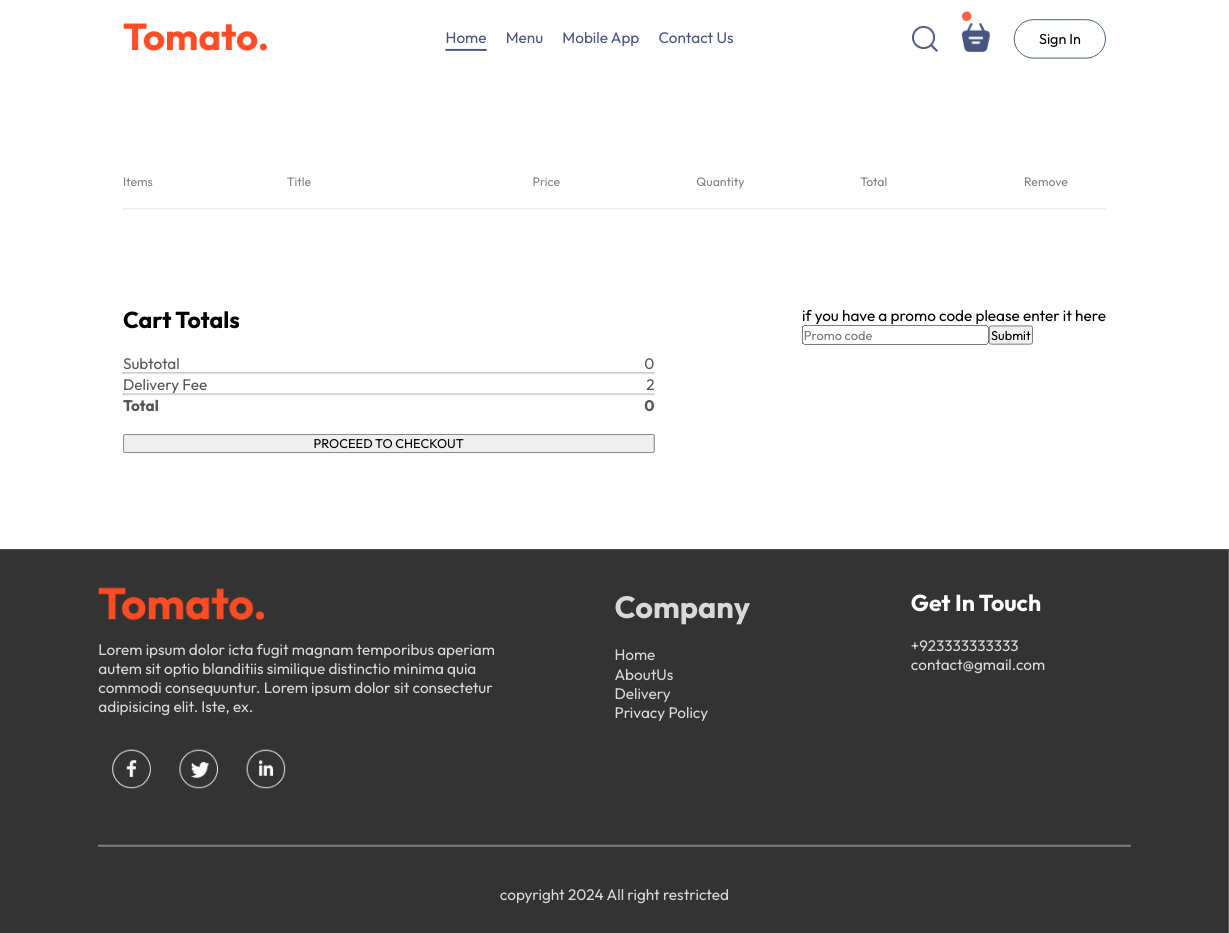
Repository: Attar786/Food-ordering-app
Page: /cart (app in frontend/)
The author's editor kept a copy of each file at every save. The page is drawn from the files as they stood at one save, then again after the next save.
The browser window is 1280 px wide. The pictures show the whole page, at 96% of full size.
The project was rebuilt for these pictures with package versions that can differ from the ones it lists, and the page was loaded fresh each time. Also part of the build but not shown: frontend/vite.config.js, frontend/src/components/Header/Header.css, frontend/src/components/Header/Header.jsx, frontend/src/components/ExploreMenu/ExploreMenu.css, frontend/src/components/ExploreMenu/ExploreMenu.jsx, frontend/src/components/FoodDisplay/FoodDisplay.css, frontend/src/components/FoodItem/FoodItem.css, frontend/src/components/FoodItem/FoodItem.jsx and 8 more.

Above is the page before, as saved 2024-07-30 15:57:15.

### frontend/src/main.jsx
import ReactDOM from 'react-dom/client'
import App from './App.jsx'
import './index.css'
import {BrowserRouter} from 'react-router-dom'
import StoreContextProvider from './context/StoreContext.jsx'
ReactDOM.createRoot(document.getElementById('root')).render(
<BrowserRouter>

<StoreContextProvider>
<App />
</StoreContextProvider>

    </BrowserRouter>
)

### frontend/src/App.jsx
import './index.css'
import Navbar from "./components/Navbar/Navbar"
import Home from './pages/Home/Home'
import Cart from './pages/Cart/Cart'
import PlaceOrder from './pages/PlaceOrder/PlaceOrder'
import { Route, Routes } from 'react-router-dom'
import Footer from './components/Footer/Footer'

import LoginPopup from './components/LoginPopup/LoginPopup'
import { useState } from 'react'
function App() {
  const [showLogin, setShowLogin] = useState(false);

  return (
    <>
  {showLogin?<LoginPopup setShowLogin={setShowLogin}/>:<></>}
  <div className='app'>
  <Navbar setShowLogin = {setShowLogin} />
<Routes>
<Route path='/' element={<Home/>}/>
<Route path='/cart' element={<Cart/>}/>
<Route path='/order' element={<PlaceOrder/>}/>
</Routes>
  </div>
  <Footer/>
    </>
  )
}

export default App

### frontend/src/index.css
@import url('https://fonts.googleapis.com/css2?family=Outfit:wght@100..900&display=swap');


*{
margin: 0;
padding: 0;
 box-sizing: border-box;
 font-family: outfit;
 scroll-behavior: smooth;
}
body{
height: 100vh;
}
a{
text-decoration: none;
color : inherit;
}
.app{
    width: 80%;
    margin: auto;
}
@keyframes fadeIn{
    0%{
        opacity: 0;
    }
    100%{
        opacity: 1;
    }
}

### frontend/src/context/StoreContext.jsx
import './StoreContext.css';
import { createContext, useEffect, useState } from 'react';
import { food_list } from '../assets/assets'; // Ensure this path is correct and food_list is correctly exported

export const StoreContext = createContext(null);

const StoreContextProvider = (props) => {
  const [cartItems, setCartItems] = useState({});

  const addToCart = (itemId) => {
    if (!cartItems[itemId]) {
      setCartItems((prev) => ({ ...prev, [itemId]: 1 }));
    } else {
      setCartItems((prev) => ({ ...prev, [itemId]: prev[itemId] + 1 }));
    }
  };

  const removeFromCart = (itemId) => {
    setCartItems((prev) => {
      const newCount = prev[itemId] - 1;
      if (newCount <= 0) {
        const { [itemId]: _, ...rest } = prev;
        return rest;
      } else {
        return { ...prev, [itemId]: newCount };
      }
    });
  };

  useEffect(() => {
    console.log(cartItems);
  }, [cartItems]);

  const contextValue = {
    food_list,
    cartItems,
    setCartItems,
    addToCart,
    removeFromCart,
  };

  return (
    <StoreContext.Provider value={contextValue}>
      {props.children}
    </StoreContext.Provider>
  );
};

export default StoreContextProvider;

### frontend/src/components/Navbar/Navbar.jsx
import { useState } from 'react';
import './Navbar.css';
import { assets } from '../../assets/assets';
import { Link } from 'react-router-dom'
const Navbar = ({setShowLogin}) => {
  const [menu, setMenu] = useState("home");

  const handleMenuClick = (menuItem) => {
    setMenu(menuItem);
  };

  return (
<>
<div className="navbar">
    <Link to='/'> <img src={assets.logo} alt="Logo" className="logo" /></Link>
      <ul className="navbar-menu">
        <Link to='/' onClick={() => handleMenuClick("home")} className={menu === "home" ? "active" : ""}>Home</Link>
        <a href='#explore-menu' onClick={() => handleMenuClick("menu")} className={menu === "menu" ? "active" : ""}>Menu</a>
        <a href='#app-download' onClick={() => handleMenuClick("mobile-app")} className={menu === "mobile-app" ? "active" : ""}>Mobile App</a>
        <a href='#footer' onClick={() => handleMenuClick("contact-us")} className={menu === "contact-us" ? "active" : ""}>Contact Us</a>
      </ul>
      <div className="navbar-right">
        <img src={assets.search_icon} alt="search-icon" />
        <div>
         <Link to='/cart'> <img src={assets.basket_icon} alt="icons" /></Link>
          <div className="dot"></div>
        </div>
        <button onClick={()=>setShowLogin(true)} >Sign In</button>

      </div>

    </div>

</>
  );
}


export default Navbar;

### frontend/src/pages/Cart/Cart.jsx
import { useContext } from "react";
import "./Cart.css";
import { StoreContext } from "../../context/StoreContext";
const Cart = () => {
  const { cartItems, food_list, removeFromCart } = useContext(StoreContext);
  return (
    <>
      <div className="Cart">
        <div className="cart-items">
          <div className=" cart-items-title">
            <p>Items</p>
            <p>Title</p>
            <p>Price</p>
            <p>Quantity</p>
            <p>Total</p>
            <p>Remove</p>
          </div>
          <br />
          <hr />
          {food_list.map((item, index) => {
            if (cartItems[item._id]) {
              return (
                <>
                  <div key={index} className="cart-items-title cart-item-item">
                    <img src={item.image} alt="" />
                    <p>{item.name}</p>
                    <p>Pkr={item.price}</p>
                    <p>{cartItems[item._id]}</p>
                    <p>{item.price * cartItems[item._id]}</p>
                    <p
                      onClick={() => removeFromCart(item._id)}
                      className="cross"
                    >
                      X
                    </p>
                  </div>
                  <hr />
                </>
              );
            }
          })}
        </div>
      </div>
      <div className="cart-bottom">
          <div className="cart-total">
            <h2>Cart Totals</h2>

          <div>
            <div className="cart-total-details">
              <p>Subtotal</p>
              <p>{0}</p>
            </div>
            <hr />
            <div className="cart-total-details">
              <p>Delivery Fee</p>
              <p>{2}</p>
            </div>
            <hr />
            <div className="cart-total-details">
              <b>Total</b>
              <b>{0}</b>
            </div>
          </div>
          <button>PROCEED TO CHECKOUT</button>
          </div>

          <div className="cart-promocode">
            <div>
              <p>if you have a promo code please enter it here</p>
              <div className="cart-promocode-input">
                <input type="text" placeholder="Promo code" />
                <button>Submit</button>
              </div>
            </div>
          </div>
        </div>
    </>
  );
};

export default Cart;

### frontend/src/components/Footer/Footer.jsx
import "./Footer.css"
import { assets } from "../../assets/assets"
const Footer = () => {
  return (
    <div className="footer" id="footer">
<div className="footer-content">
    <div className="footer-content-left">
        <img src={assets.logo} alt="fsf" />
    <p>  Lorem ipsum dolor icta fugit magnam temporibus aperiam autem sit optio blanditiis similique distinctio minima quia commodi consequuntur. Lorem ipsum dolor sit consectetur adipisicing elit. Iste, ex.</p>
    <div className="footer-social-icons">
        <img src={assets.facebook_icon} alt="" />
        <img src={assets.twitter_icon} alt="" />
        <img src={assets.linkedin_icon} alt="" />
    </div>

    </div>
    <div className="footer-content-center">
    <h1>Company</h1>
        <ul>
        <li>Home</li>
        <li>AboutUs</li>
        <li>Delivery</li>
        <li>Privacy Policy</li>
        </ul>
    </div>
    <div className="footer-content-right">
        <h2>Get In Touch</h2>
        <ul>
            <li>
                +923333333333
            </li>
            <li>
                contact@gmail.com
            </li>
        </ul>
    </div>
</div>
<hr/>
<p className="footer-copyright">
copyright 2024 All right restricted
</p>

    </div>
  )
}

export default Footer

### frontend/src/assets/assets.js
import basket_icon from './basket_icon.png'
import logo from './logo.png'
import header_img from './header_img.png'
import search_icon from './search_icon.png'
import menu_1 from './menu_1.png'
import menu_2 from './menu_2.png'
import menu_3 from './menu_3.png'
import menu_4 from './menu_4.png'
import menu_5 from './menu_5.png'
import menu_6 from './menu_6.png'
import menu_7 from './menu_7.png'
import menu_8 from './menu_8.png'

import food_1 from './food_1.png'
import food_2 from './food_2.png'
import food_3 from './food_3.png'
import food_4 from './food_4.png'
import food_5 from './food_5.png'
import food_6 from './food_6.png'
import food_7 from './food_7.png'
import food_8 from './food_8.png'
import food_9 from './food_9.png'
import food_10 from './food_10.png'
import food_11 from './food_11.png'
import food_12 from './food_12.png'
import food_13 from './food_13.png'
import food_14 from './food_14.png'
import food_15 from './food_15.png'
import food_16 from './food_16.png'
import food_17 from './food_17.png'
import food_18 from './food_18.png'
import food_19 from './food_19.png'
import food_20 from './food_20.png'
import food_21 from './food_21.png'
import food_22 from './food_22.png'
import food_23 from './food_23.png'
import food_24 from './food_24.png'
import food_25 from './food_25.png'
import food_26 from './food_26.png'
import food_27 from './food_27.png'
import food_28 from './food_28.png'
import food_29 from './food_29.png'
import food_30 from './food_30.png'
import food_31 from './food_31.png'
import food_32 from './food_32.png'

import add_icon_white from './add_icon_white.png'
import add_icon_green from './add_icon_green.png'
import remove_icon_red from './remove_icon_red.png'
import app_store from './app_store.png'
import play_store from './play_store.png'
import linkedin_icon from './linkedin_icon.png'
import facebook_icon from './facebook_icon.png'
import twitter_icon from './twitter_icon.png'
import cross_icon from './cross_icon.png'
import selector_icon from './selector_icon.png'
import rating_starts from './rating_starts.png'
import profile_icon from './profile_icon.png'
import bag_icon from './bag_icon.png'
import logout_icon from './logout_icon.png'
import parcel_icon from './parcel_icon.png'

export const assets = {
    logo,
    basket_icon,
    header_img,
    search_icon,
    rating_starts,
    add_icon_green,
    add_icon_white,
    remove_icon_red,
    app_store,
    play_store,
    linkedin_icon,
    facebook_icon,
    twitter_icon,
    cross_icon,
    selector_icon,
    profile_icon,
    logout_icon,
    bag_icon,
    parcel_icon
}

export const menu_list = [
    {
        menu_name: "Salad",
        menu_image: menu_1
    },
    {
        menu_name: "Rolls",
        menu_image: menu_2
    },
    {
        menu_name: "Deserts",
        menu_image: menu_3
    },
    {
        menu_name: "Sandwich",
        menu_image: menu_4
    },
    {
        menu_name: "Cake",
        menu_image: menu_5
    },
    {
        menu_name: "Pure Veg",
        menu_image: menu_6
    },
    {
        menu_name: "Pasta",
        menu_image: menu_7
    },
    {
        menu_name: "Noodles",
        menu_image: menu_8
    }]

export const food_list = [
    {
        _id: "1",
        name: "Greek salad",
        image: food_1,
        price: 12,
        description: "Food provides essential nutrients for overall health and well-being",
        category: "Salad"
    },
    {
        _id: "2",
        name: "Veg salad",
        image: food_2,
        price: 18,
        description: "Food provides essential nutrients for overall health and well-being",
        category: "Salad"
    }, {
        _id: "3",
        name: "Clover Salad",
        image: food_3,
        price: 16,
        description: "Food provides essential nutrients for overall health and well-being",
        category: "Salad"
    }, {
        _id: "4",
        name: "Chicken Salad",
        image: food_4,
        price: 24,
        description: "Food provides essential nutrients for overall health and well-being",
        category: "Salad"
    }, {
        _id: "5",
        name: "Lasagna Rolls",
        image: food_5,
        price: 14,
        description: "Food provides essential nutrients for overall health and well-being",
        category: "Rolls"
    }, {
        _id: "6",
        name: "Peri Peri Rolls",
        image: food_6,
        price: 12,
        description: "Food provides essential nutrients for overall health and well-being",
        category: "Rolls"
    }, {
        _id: "7",
        name: "Chicken Rolls",
        image: food_7,
        price: 20,
        description: "Food provides essential nutrients for overall health and well-being",
        category: "Rolls"
    }, {
        _id: "8",
        name: "Veg Rolls",
        image: food_8,
        price: 15,
        description: "Food provides essential nutrients for overall health and well-being",
        category: "Rolls"
    }, {
        _id: "9",
        name: "Ripple Ice Cream",
        image: food_9,
        price: 14,
        description: "Food provides essential nutrients for overall health and well-being",
        category: "Deserts"
    }, {
        _id: "10",
        name: "Fruit Ice Cream",
        image: food_10,
        price: 22,
        description: "Food provides essential nutrients for overall health and well-being",
        category: "Deserts"
    }, {
        _id: "11",
        name: "Jar Ice Cream",
        image: food_11,
        price: 10,
        description: "Food provides essential nutrients for overall health and well-being",
        category: "Deserts"
    }, {
        _id: "12",
        name: "Vanilla Ice Cream",
        image: food_12,
        price: 12,
        description: "Food provides essential nutrients for overall health and well-being",
        category: "Deserts"
    },
    {
        _id: "13",
        name: "Chicken Sandwich",
        image: food_13,
        price: 12,
        description: "Food provides essential nutrients for overall health and well-being",
        category: "Sandwich"
    },
    {
        _id: "14",
        name: "Vegan Sandwich",
        image: food_14,
        price: 18,
        description: "Food provides essential nutrients for overall health and well-being",
        category: "Sandwich"
    }, {
        _id: "15",
        name: "Grilled Sandwich",
        image: food_15,
        price: 16,
        description: "Food provides essential nutrients for overall health and well-being",
        category: "Sandwich"
    }, {
        _id: "16",
        name: "Bread Sandwich",
        image: food_16,
        price: 24,
        description: "Food provides essential nutrients for overall health and well-being",
        category: "Sandwich"
    }, {
        _id: "17",
        name: "Cup Cake",
        image: food_17,
        price: 14,
        description: "Food provides essential nutrients for overall health and well-being",
        category: "Cake"
    }, {
        _id: "18",
        name: "Vegan Cake",
        image: food_18,
        price: 12,
        description: "Food provides essential nutrients for overall health and well-being",
        category: "Cake"
    }, {
        _id: "19",
        name: "Butterscotch Cake",
        image: food_19,
        price: 20,
        description: "Food provides essential nutrients for overall health and well-being",
        category: "Cake"
    }, {
        _id: "20",
        name: "Sliced Cake",
        image: food_20,
        price: 15,
        description: "Food provides essential nutrients for overall health and well-being",
        category: "Cake"
    }, {
        _id: "21",
        name: "Garlic Mushroom ",
        image: food_21,
        price: 14,
        description: "Food provides essential nutrients for overall health and well-being",
        category: "Pure Veg"
    }, {
        _id: "22",
        name: "Fried Cauliflower",
        image: food_22,
        price: 22,
        description: "Food provides essential nutrients for overall health and well-being",
        category: "Pure Veg"
    }, {
        _id: "23",
        name: "Mix Veg Pulao",
        image: food_23,
        price: 10,
        description: "Food provides essential nutrients for overall health and well-being",
        category: "Pure Veg"
    }, {
        _id: "24",
        name: "Rice Zucchini",
        image: food_24,
        price: 12,
        description: "Food provides essential nutrients for overall health and well-being",
        category: "Pure Veg"
    },
    {
        _id: "25",
        name: "Cheese Pasta",
        image: food_25,
        price: 12,
        description: "Food provides essential nutrients for overall health and well-being",
        category: "Pasta"
    },
    {
        _id: "26",
        name: "Tomato Pasta",
        image: food_26,
        price: 18,
        description: "Food provides essential nutrients for overall health and well-being",
        category: "Pasta"
    }, {
        _id: "27",
        name: "Creamy Pasta",
        image: food_27,
        price: 16,
        description: "Food provides essential nutrients for overall health and well-being",
        category: "Pasta"
    }, {
        _id: "28",
        name: "Chicken Pasta",
        image: food_28,
        price: 24,
        description: "Food provides essential nutrients for overall health and well-being",
        category: "Pasta"
    }, {
        _id: "29",
        name: "Buttter Noodles",
        image: food_29,
        price: 14,
        description: "Food provides essential nutrients for overall health and well-being",
        category: "Noodles"
    }, {
        _id: "30",
        name: "Veg Noodles",
        image: food_30,
        price: 12,
        description: "Food provides essential nutrients for overall health and well-being",
        category: "Noodles"
    }, {
        _id: "31",
        name: "Somen Noodles",
        image: food_31,
        price: 20,
        description: "Food provides essential nutrients for overall health and well-being",
        category: "Noodles"
    }, {
        _id: "32",
        name: "Cooked Noodles",
        image: food_32,
        price: 15,
        description: "Food provides essential nutrients for overall health and well-being",
        category: "Noodles"
    }
]

### frontend/src/components/Navbar/Navbar.css
.navbar{
    padding: 20px 0;
    display: flex;
    justify-content: space-between;
    align-items: center;
}
.navbar .logo{
    width: 150px;
}
.navbar-menu{
    display: flex;
    list-style: none;
    gap: 20px;
    font: 18px;
    color: #49557e;
    cursor: pointer;
}
.navbar-right{
    display: flex;
    align-items: center;
    gap: 25px;

}
.navbar button{
    font-size: 15px;
    border: 1px solid #49557e;
    background: transparent;
    padding: 10px 25px;
    cursor: pointer;
    border-radius: 40px;
    transition: 0.3s;
}
.navbar button:hover{
    background-color: #fff4f2;
}
.navbar .navbar-menu .active{
    padding-bottom: 2px;
    border-bottom: 2px solid #49557e;

}
.search-icon{
    position: relative;
}
/* .search-icon .dot{ */
    /* position: absolute;
    top: -5px;
    right: -5px;
    width: 10px;
    height: 10px;
    background-color: blue;
    border-radius: 50%;
} */
.dot {
    position: absolute;
    top: 12px; /* Adjust as needed */
    right: 268px; /* Adjust as needed */
    width: 10px;
    height: 10px;
    background-color: tomato;
    border-radius: 50%;}
    @media (max-width: 1050px)
    {
        .navbar .logo{
            width: 140px;
        }
        .navbar-menu{
            gap: 20px;
            font-size: 17px;
        }
        .nav-right {
            gap: 30px;
        };
        .navbar-right img{
            width: 22px;
        }
        .navbar-right button{
            padding: 8px 25px;
        };

    }

    @media (max-width: 900px)
    {
        .navbar .logo{
            width: 100px;
        }
        .navbar-menu{
            gap: 10px;
            font-size: 16px;
        }
        .Nav-right {
            gap: 20px;
        }
        .navbar-right img{
            width: 17px;

        }
        .navbar-right button{
            padding: 7px 15px;
            font-size: 10px;
        }
    }

    @media (max-width: 750px)
    {

        .navbar-menu{
            display: none;;
        }
    }

### frontend/src/pages/Cart/Cart.css
.Cart{
    margin-top: 100px;;
}
.cart-items-title{
    display: grid;
    grid-template-columns:  1fr 1.5fr 1fr 1fr 1fr 0.5fr;
    align-items: center;
    color: gray;
    font-size: max(1vw, 12px);
}
.cart-item-item{
    margin: 10px;
    color:black;
}
.cart-item-item img{
    width: 50px;
    /* border-radius: px; */
    border: 1px solid black;
}
.Cart hr{
    height: 1px;
    background-color: #e2e2e2;
    border: none;
}
.cross{
    cursor: pointer;;
}
.cart-bottom{
    margin-top: 100px;
    display: flex;
justify-content: space-between;
gap: max(12vw,20px);
}

.cart-total{
    flex: 1;
    display: flex;
    flex-direction: column;
    gap: 20px;
}
.cart-total-details{
    display: flex;
    justify-content: space-between;
    color:#555;

}

### frontend/src/components/Footer/Footer.css
.footer {
    color: #d9d9d9;
    background-color: hsl(0, 0%, 20%);
    display: flex;
    flex-direction: column;
    align-items: center;
    gap: 20px;
    padding: 30px 8vw; /* Fixed padding syntax */
    padding-top: 40px;
    margin-top: 100px;
}

.footer-content {
    width: 100%;
    display: grid;
    grid-template-columns: 2fr 1fr 1fr;
    gap: 80px;
}

.footer-content-left, .footer-content-center, .footer-content-right {
    display: flex;
    flex-direction: column;
    align-items: start;
    gap: 20px;
}

.footer-content-left li, .footer-content-center li, .footer-content-right li {
    list-style: none;
    cursor: pointer;
}
.footer-content-center h2, .footer-content-right h2 {
    color: white;
}
.footer-social-icons img {
width: 40px;
margin: 15px;
}
.footer-social-icons img:hover {
    width: 40px;
    margin: 15px;
    }
.footer hr{
    width: 100%;
    height: 2px;
    margin: 20px 0;
    background-color : gray;
    border: none;
}
@media (max-width: 1050px) {
    .footer-content{
        display: flex;
        flex-direction:column;
        gap: 35px;
    }
    .footer-copyright{
        text-align: center;
}
}

Loaded but not shown: frontend/index.html (common file); frontend/src/context/StoreContext.css (no stored copy; drawn as an empty file); frontend/src/pages/Home/Home.css (no stored copy; drawn as an empty file)

After the next save:
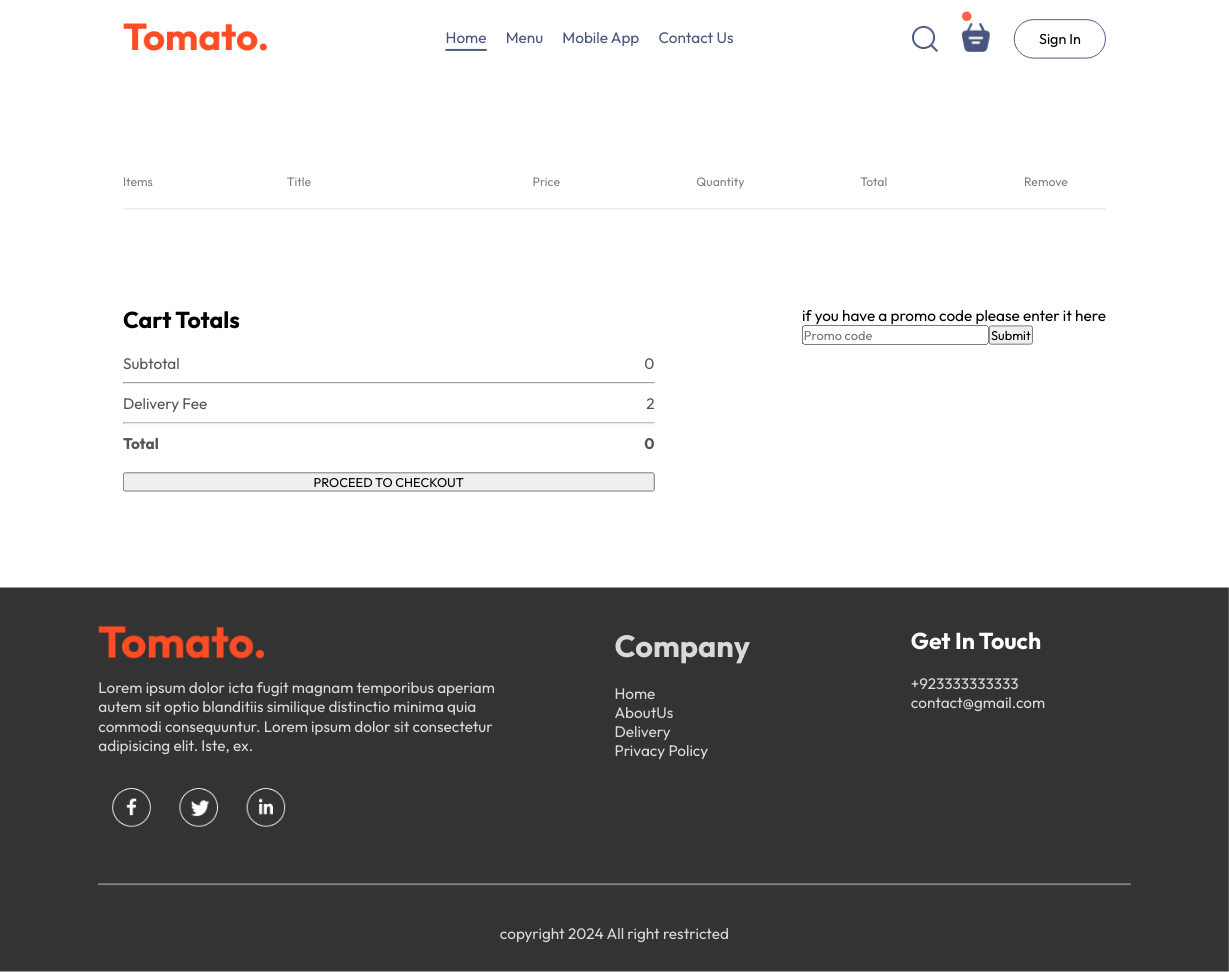
Saved 5 min 49 s later.
--- a/frontend/src/pages/Cart/Cart.css
+++ b/frontend/src/pages/Cart/Cart.css
@@ -44,3 +44,6 @@ gap: max(12vw,20px);
     color:#555;
 
 }
+.cart-total hr{
+    margin: 10px 0px;
+}
